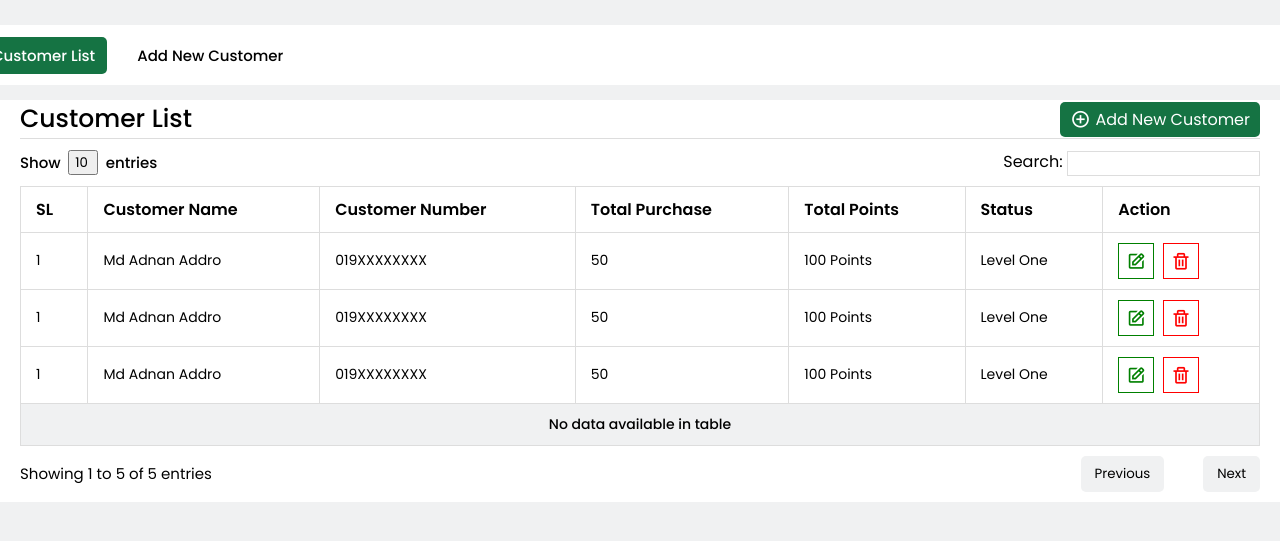
Repository: codebyaddro/customer-page
Page: customer.html
The author's editor kept a copy of each file at every save. The page is drawn from the files as they stood at one save, then again after the next save.
The browser window is 1280 px wide. The pictures show the whole page.

Above is the page before, as saved 2025-02-20 14:28:00.

After the next save:
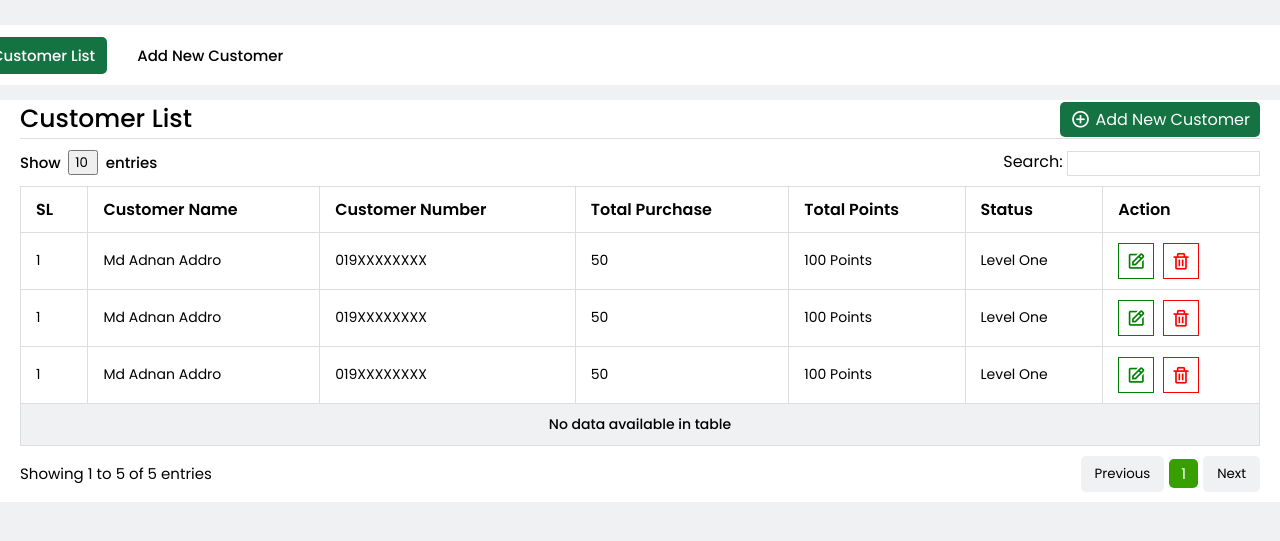
Saved 27 s later.
--- a/css/customer.css
+++ b/css/customer.css
@@ -316,7 +316,7 @@ tbody tr:hover {
 
 .cba-cusc-list-page-btn > h4 {
     color: var(--white);
-    background-color: var(--main-light);
+    background-color: var(--main-lt);
     font-size: 15px;
     font-weight: 400;
     padding: 3px 12px;
